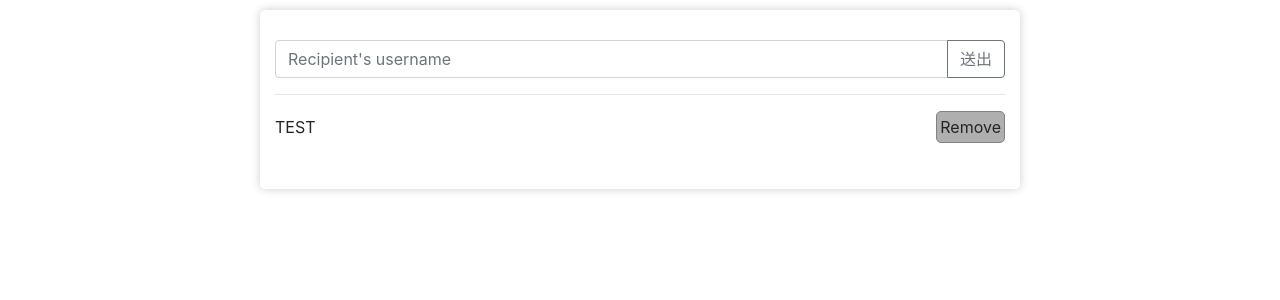
Repository: iian0910/vue3_todoList
Page: /
The author's editor kept a copy of each file at every save. The page is drawn from the files as they stood at one save, then again after the next save.
The browser window is 1280 px wide. The pictures show the whole page.
The project was rebuilt for these pictures with package versions that can differ from the ones it lists, and the page was loaded fresh each time.

Above is the page before, as saved 2021-02-23 16:11:43.

After the next save:
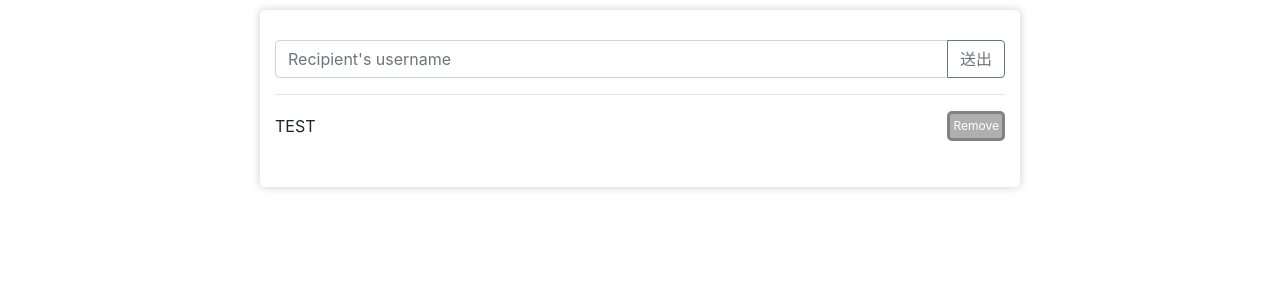
Saved 21 s later.
--- a/src/components/TodoList.vue
+++ b/src/components/TodoList.vue
@@ -91,8 +91,10 @@ export default defineComponent({
 }
 .remove-list{
   padding: 3px;
-  border: 1px solid rgb(130, 130, 130);
+  border: 3px solid rgb(130, 130, 130);
   border-radius: 5px;
   background-color: rgb(175, 175, 175);
+  font-size: 12px;
+  color: white;
 }
 </style>
